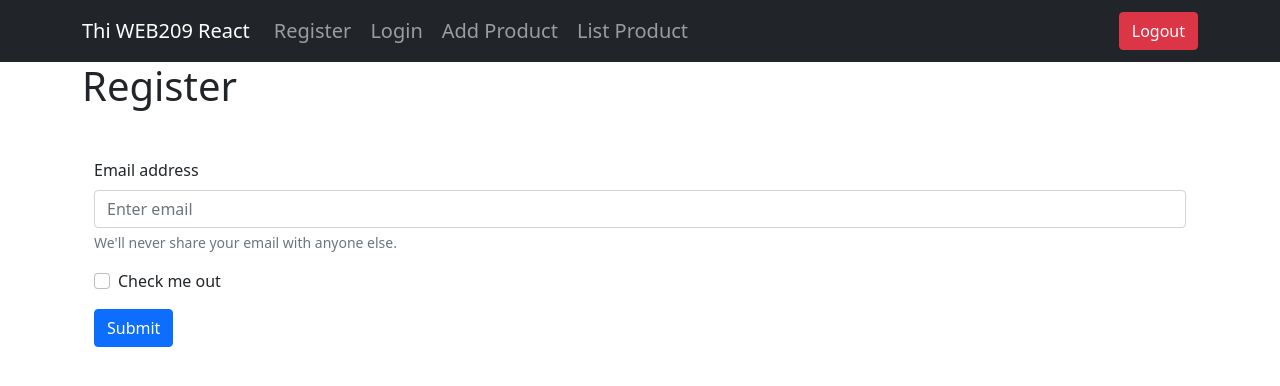
Repository: Lemon-ooo/PersonalTaskManager
Page: /register
An editor plug-in stored every save of this project. The page is shown before and after the next save, followed by the edit.
The browser window is 1280 px wide. The pictures show the whole page.
The project was rebuilt for these pictures with package versions that can differ from the ones it lists, and the page was loaded fresh each time. Also part of the build but not shown: vite.config.ts, src/page/TaskList.tsx, src/page/Login.tsx, src/page/TaskAdd.tsx, src/page/TaskEdit.tsx.

Above is the page before, as saved 2025-07-26 19:00:43.

### index.html
<!DOCTYPE html>
<html lang="en">
  <head>
    <meta charset="UTF-8" />
    <link rel="icon" type="image/svg+xml" href="/vite.svg" />
    <meta name="viewport" content="width=device-width, initial-scale=1.0" />
    <title>WEB209 REACT - HOADV</title>
    <link
      href="https://cdn.jsdelivr.net/npm/bootstrap@5.0.2/dist/css/bootstrap.min.css"
      rel="stylesheet"
      integrity="sha384-EVSTQN3/azprG1Anm3QDgpJLIm9Nao0Yz1ztcQTwFspd3yD65VohhpuuCOmLASjC"
      crossorigin="anonymous"
    />
  </head>
  <body>
    <div id="root"></div>
    <script type="module" src="/src/main.tsx"></script>
  </body>
</html>

### src/App.tsx
import { Toaster } from "react-hot-toast";
import { Link, useRoutes } from "react-router-dom";
import TaskList from "./page/TaskList";
import Register from "./page/Register";
import Login from "./page/Login";
import TaskAdd from "./page/TaskAdd";
import TaskEdit from "./page/TaskEdit";

function App() {
  const routes = useRoutes([
    { path: '/', element: <TaskList /> },
    { path: 'register', element: <Register /> },
    { path: 'login', element: <Login /> },
    { path: 'task/list', element: <TaskList /> },
    { path: 'task/add', element: <TaskAdd /> },
    { path: 'task/edit/:id', element: <TaskEdit /> },
  ]);
  return (
    <>
      <nav className="navbar navbar-dark bg-dark navbar-expand-lg">
        <div className="container">
          <span className="navbar-brand">Thi WEB209 React</span>
          <div className="collapse navbar-collapse" id="navbarNav">
            <ul
              className="navbar-nav me-auto mb-2 mb-lg-0"
              style={{ gap: 3, fontSize: 20 }}
            >
              <li className="nav-item">
                <Link className="nav-link" to="/register">
                  Register
                </Link>
              </li>
              <li className="nav-item">
                <Link className="nav-link" to="/login">
                  Login
                </Link>
              </li>
              <li className="nav-item">
                <Link className="nav-link" to="/task/add">
                  Add Product
                </Link>
              </li>
              <li className="nav-item">
                <Link className="nav-link" to="/task/list">
                  List Product
                </Link>
              </li>
            </ul>
          </div>
          <button className="btn btn-danger">Logout</button>
        </div>
      </nav>
      <div className="container">{routes}</div>
      <Toaster />
    </>
  );
}

export default App;

### src/page/Register.tsx
import AuthForm from "../components/AuthForm";
import { useAuth } from "../hooks/useAuth";

const Register = () => {
  const { handleRegister } = useAuth();
  return (
    <div>
      <h1>Register</h1>
      <AuthForm onSubmit={handleRegister} />
    </div>
  );
};

export default Register;

### src/components/AuthForm.tsx
import React from "react";
import { useForm } from "react-hook-form";
import { User } from "../services/auth";

type Props = {
  onSubmit: (data: User) => void;
};

export default function AuthForm({ onSubmit }: Props) {
  const { register, handleSubmit } = useForm<User>();
  return (
    <form onSubmit={handleSubmit(onSubmit)} className="container mt-5">
      <div className="mb-3">
        <label htmlFor="exampleInputEmail1" className="form-label">
          Email address
        </label>
        <input
          type="email"
          className="form-control"
          id="exampleInputEmail1"
          aria-describedby="emailHelp"
          {...register("email", { required: true })}
          placeholder="Enter email"
        />
        <div id="emailHelp" className="form-text">
          We'll never share your email with anyone else.
        </div>
      </div>
      <div className="mb-3 form-check">
        <input
          type="checkbox"
          className="form-check-input"
          id="exampleCheck1"
        />
        <label className="form-check-label" htmlFor="exampleCheck1">
          Check me out
        </label>
      </div>
      <button type="submit" className="btn btn-primary">
        Submit
      </button>
    </form>
  );
}

### src/hooks/useAuth.ts
import { User } from "../services/auth";
import toast from "react-hot-toast";
import { useNavigate } from "react-router-dom";

export function useAuth() {
  const nav = useNavigate();

  function handleLogin(user: User) {
    // Lưu vào localStorage
    localStorage.setItem("user", JSON.stringify(user));
    toast.success("Login successful");
    nav("/dashboard"); // chuyển sang dashboard
  }

  function handleLogout() {
    localStorage.removeItem("user");
    toast.success("Logged out");
    nav("/login");
  }

  function getCurrentUser(): User | null {
    const stored = localStorage.getItem("user");
    return stored ? JSON.parse(stored) : null;
  }

  return {
    handleLogin,
    handleLogout,
    getCurrentUser,
  };
}

Loaded but not shown: src/main.tsx (common file); src/index.css (no stored copy; drawn as an empty file)

After the next save:
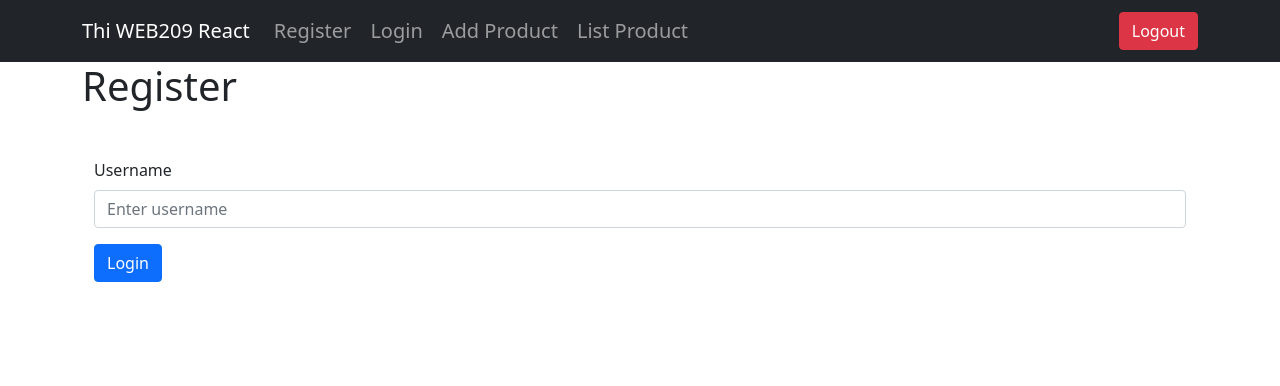
Saved 16 s later.
--- a/src/components/AuthForm.tsx
+++ b/src/components/AuthForm.tsx
@@ -8,36 +8,24 @@ type Props = {
 
 export default function AuthForm({ onSubmit }: Props) {
   const { register, handleSubmit } = useForm<User>();
+
   return (
     <form onSubmit={handleSubmit(onSubmit)} className="container mt-5">
       <div className="mb-3">
-        <label htmlFor="exampleInputEmail1" className="form-label">
-          Email address
+        <label htmlFor="username" className="form-label">
+          Username
         </label>
         <input
-          type="email"
+          type="text"
+          id="username"
           className="form-control"
-          id="exampleInputEmail1"
-          aria-describedby="emailHelp"
-          {...register("email", { required: true })}
-          placeholder="Enter email"
+          placeholder="Enter username"
+          {...register("username", { required: true })}
         />
-        <div id="emailHelp" className="form-text">
-          We'll never share your email with anyone else.
-        </div>
       </div>
-      <div className="mb-3 form-check">
-        <input
-          type="checkbox"
-          className="form-check-input"
-          id="exampleCheck1"
-        />
-        <label className="form-check-label" htmlFor="exampleCheck1">
-          Check me out
-        </label>
-      </div>
+
       <button type="submit" className="btn btn-primary">
-        Submit
+        Login
       </button>
     </form>
   );
